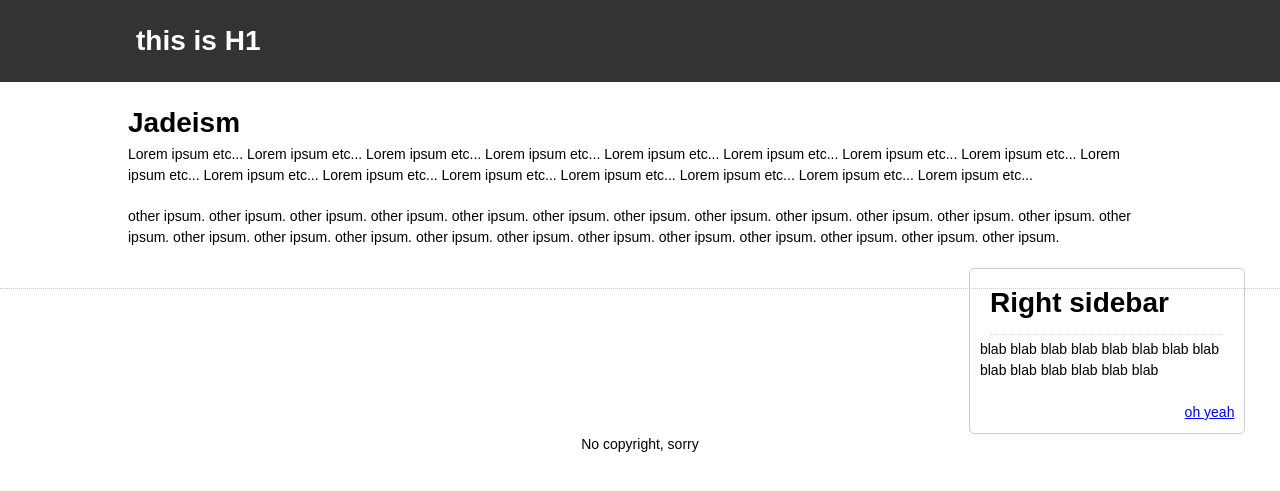
Repository: simonbcky/101
Page: http://localhost/j
The author's editor kept a record of every edit. The page is drawn from the files as they stood at one moment, then again after the next edit.
The browser window is 1280 px wide. The pictures show the whole page.
The page is served by the project's Node server (Jadestuff/index.js).

Above is the page before.

### Jadestuff/views/index.jade
extends ./layout.jade
block content
    h1 #{title}
    p.
        Lorem ipsum etc... Lorem ipsum etc... Lorem ipsum etc... Lorem ipsum etc... Lorem ipsum etc... Lorem ipsum etc... Lorem ipsum etc... Lorem ipsum etc... Lorem ipsum etc... Lorem ipsum etc... Lorem ipsum etc... Lorem ipsum etc...
        Lorem ipsum etc... Lorem ipsum etc... Lorem ipsum etc... Lorem ipsum etc...
    p.
        other ipsum. other ipsum. other ipsum. other ipsum. other ipsum. other ipsum. other ipsum. other ipsum. other ipsum. other ipsum. other ipsum. other ipsum. other ipsum. other ipsum. other ipsum.
        other ipsum. other ipsum. other ipsum. other ipsum. other ipsum. other ipsum. other ipsum. other ipsum. other ipsum.
block sidebar
    .block
        h1 Right sidebar
        p.
            blab blab blab blab blab blab blab blab blab blab blab blab blab blab
        br
        .readmore
            a(href="http://infoframe.hu") oh yeah

### Jadestuff/views/layout.jade
doctype html
html
    head
        title #{title} - Node.js with jade
        link(rel='stylesheet', href='/css/styles.css')
    body
        header
            .container
                h1 this is H1
        .container
            .main-content
                block content
        .sidebar
            .container
                block sidebar
        footer
            .container
                p No copyright, sorry

### Jadestuff/index.js
var express = require("express")
var jade = require("jade")

var portNo = process.env.PORT

var app = express()

console.log("express inited")

app.set('views',__dirname + "/views")
app.set("view engine", "jade")

console.log("jade inited")

//css, img etc coming from:
var path= __dirname+"/../client"
console.log(path)

app.use(express.static(path))

app.get("/d",function(req,res){    res.render("default")
})

app.get("/j",function(req,res){    res.render("index", {title:"Jadeism"})
})



app.listen(portNo, function() {console.log("index.js listening")})

### client/css/styles.css
/* clear everything out */
*{
    margin:0;
    padding:0;
}

body{
    line-height:1.5;
    font-family:Arial;
    font-size:14px;
    color:#000;
    background:#fff;
}

ul,li{
    list-style:none;
}

.container{
    width:80%;
    margin:auto;
    overflow:hidden;

}

header{
    padding:20px 10px;
    color:#fff;
    background:#333;
    margin-bottom:20px;

}

header h1{

    color:#fff;

}
.main-content p{
    margin-bottom:20px;

}

.sidebar{
    float:right;
    width:27%;

}

.sidebar .block{
    border-radius:5px;
    border:1px solid #ccc;
    padding:0 10px 10px 10px;
    background:##f4f4f4;
    overflow:hidden;

}

.sidebar .block h1{
    margin:13px 10px 4px;
    padding-bottom:10px;
    border-bottom:1px dotted #ddd;

}

.readmore{
    float:right;

}

.readmore a{
    #666;

}

footer{
    border-top:1px dotted #ccc;
    padding-top:5px;
    text-align:center;
    margin-top:20px;

}


/*when browser is under 568px the following applies: */
@media(max-width:568px){
    header{
        text-align:center;
    }

    .main-content{
        float:none;
        width:100%;
        clear:both;
        text-align:center;
    }

    .sidebar{
        float:none;
        width:100%;
        clear:both;
        text-align:center;
    }

    .sidebar .block{
        margin:0;

    }
}

After the next edit:
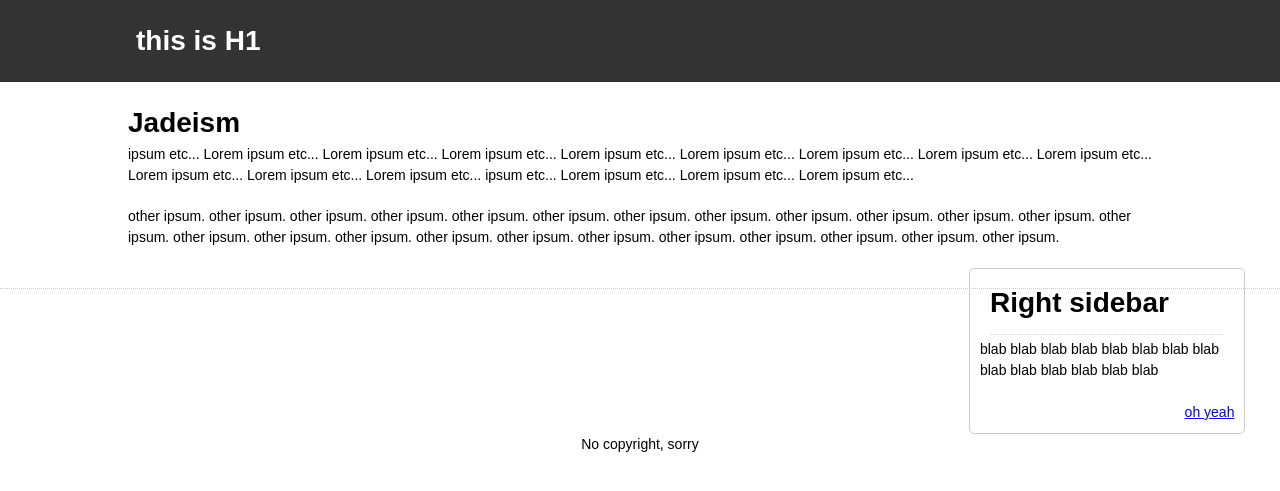
The edit:
--- a/Jadestuff/views/index.jade
+++ b/Jadestuff/views/index.jade
@@ -1,7 +1,7 @@
 extends ./layout.jade
 block content
     h1 #{title}
-    p.
+    p
         Lorem ipsum etc... Lorem ipsum etc... Lorem ipsum etc... Lorem ipsum etc... Lorem ipsum etc... Lorem ipsum etc... Lorem ipsum etc... Lorem ipsum etc... Lorem ipsum etc... Lorem ipsum etc... Lorem ipsum etc... Lorem ipsum etc...
         Lorem ipsum etc... Lorem ipsum etc... Lorem ipsum etc... Lorem ipsum etc...
     p.
